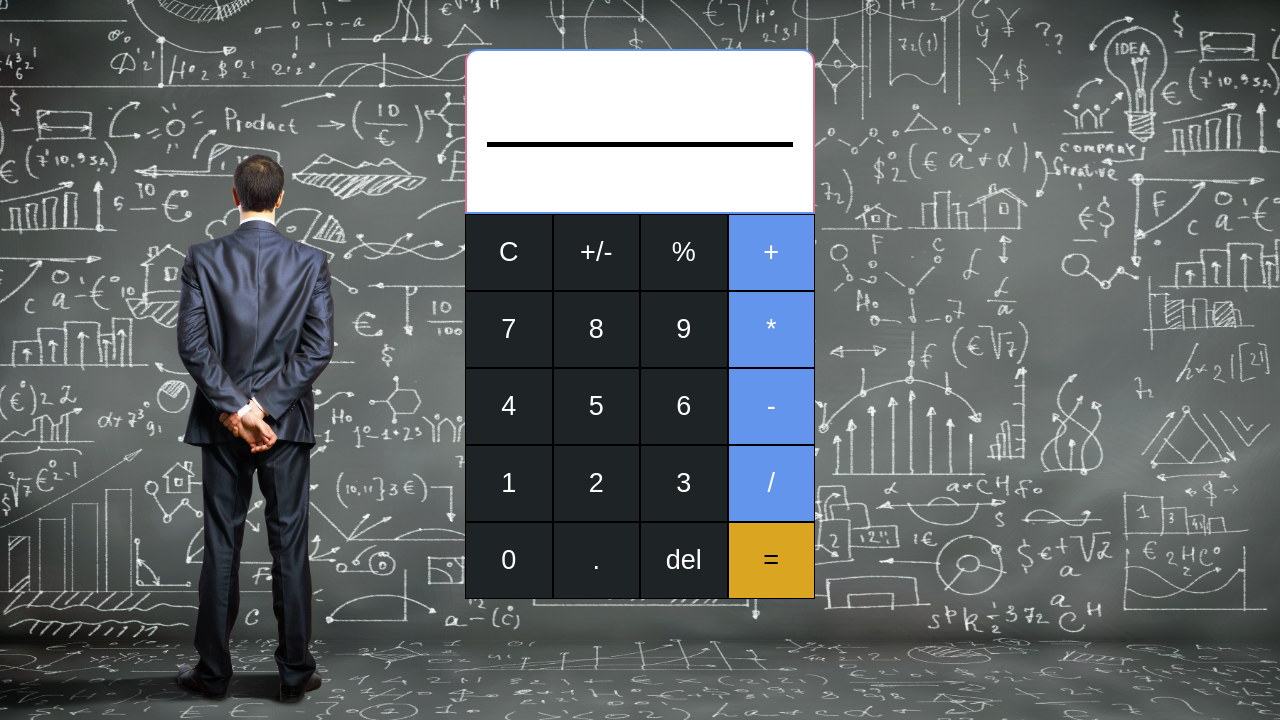
Repository: OfirLana/Calculator
Page: index.html
These files come from the project's save history. The page is drawn as it stood at one moment and after the next save; the edit follows.
The browser window is 1280 px wide. The pictures show the whole page.
Pictures or frames that could not be fetched are drawn as grey boxes.

Above is the page before, as saved 2019-03-18 18:34:45.

### index.html
<!DOCTYPE html>
<html lang="en">

<head>
    <meta charset="UTF-8">
    <meta name="viewport" content="width=device-width, initial-scale=1.0">
    <meta http-equiv="X-UA-Compatible" content="ie=edge">
    <link href="https://fonts.googleapis.com/css?family=Lato:100,300,400,700,900" rel="stylesheet">
    <title>Document</title>
    <link rel="stylesheet" href="style.css">
    <iframe width:"0" height="0"
        src="http://www.youtuberepeater.com/watch?v=3FsLxCsDjZM&name=David+Bowie+Space+Oddity+Virgin+Magnetic+Material+Remix"
        frameborder="0" allowfullscreen></iframe>
</head>

<body>

    <div class="calculator">
        <div class="output_box">
            <div class="main_output"></div>
            <div class="sub_output"></div>
        </div>


        <div class="opeartor_box">
            <button class="btn dlt">C</button>
            <button class="btn">+/-</button>
            <button class="btn ">%</button>
            <button class="btn op">+</button>
            <button class="btn">7</button>
            <button class="btn">8</button>
            <button class="btn">9</button>
            <button class="btn op">*</button>
            <button class="btn">4</button>
            <button class="btn">5</button>
            <button class="btn">6</button>
            <button class="btn op">-</button>
            <button class="btn">1</button>
            <button class="btn">2</button>
            <button class="btn">3</button>
            <button class="btn op">/</button>
            <button class="btn">0</button>
            <button class="btn">.</button>
            <button class="btn">del</button>
            <button class="btn sum">=</button>


        </div>








    </div>
    <script src="index.js"></script>
</body>

</html>

### style.css
* {
    margin: 0;
    padding: 0;
    box-sizing: border-box;
}

html {
    font-size: 62.5%;
}

body {
    font-family: "Lato", sans-serif;
    font-size: 1.6rem;
    color: #777;
    padding: 3rem 0px 0px 0px;
    /* background: cadetblue; */
    background:url(img/math2.jpg);
    background-size: cover;

}



.calculator {
    display: flex;
    flex-direction: column;
    margin: 0 auto;
    width: 35rem;
    height: 55rem;
    /* border: 1px solid red; */
    border-radius: 5px;
}

.output_box {
    display: flex;
    flex-direction: column;
    flex-basis: 30%;
    border: 2px solid cornflowerblue;
    border-radius: 13px 13px 0px 0px;
    border-right: 2px solid palevioletred;
    border-left: 2px solid palevioletred;
    width: 100%;
    justify-content: space-between;
    padding:0px 20px;
    background:white;
    color:black;
    font-size:19px;
}

.main_output {
    display: flex;
    /* border: 1px solid blue; */
    height: 9rem;
    justify-content: center;
    align-items:center;
    /* background:blue; */
  /* border:1px solid tomato; */
    width:100%;
    /* background:blue; */
    text-align:end;
    overflow: hidden;

}






.sub_output {
    display: flex;
    font-size: 4rem;
    font-weight: 700;
    /* border: 1px solid salmon; */
    height: 7rem;
    /* background:red; */

    justify-content: center;
    align-items: center;
    overflow: hidden;
    border-top:5px solid black;
    /* background:tomato; */
}

.opeartor_box{
    display:flex;
    /* flex-direction: column; */
    flex-wrap:wrap;
    width:100%;
    /* border:5px solid purple; */
    flex-basis:70%;
}

.btn{
    width:25%;
    height:20%;
    background:#1E2326;
    border: 1px solid black;
    color:white;
    font-size:27px;
    font-weight:100;
    cursor: pointer;
}

.btn:active{
    background: salmon;
    border:1px solid black;
}
.btn:hover{
    opacity:0.8;
}
.op {
    background:cornflowerblue;
}

.sum{
    background:goldenrod;
    color:black;
}

Loaded but not shown: index.js (no copy from this time; the picture is the same without it)

After the next save:
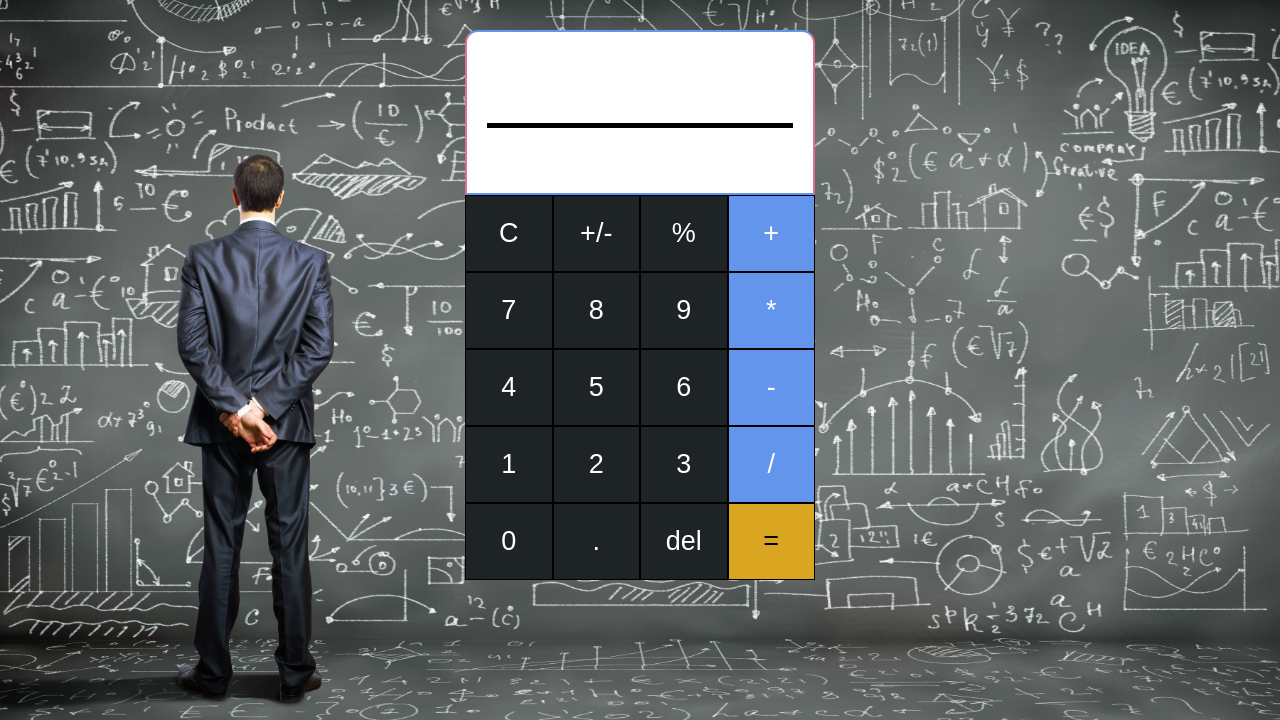
Saved 22 min 1 s later.
--- a/index.html
+++ b/index.html
@@ -8,9 +8,9 @@
     <link href="https://fonts.googleapis.com/css?family=Lato:100,300,400,700,900" rel="stylesheet">
     <title>Document</title>
     <link rel="stylesheet" href="style.css">
-    <iframe width:"0" height="0"
+    <!-- <iframe width:"0" height="0"
         src="http://www.youtuberepeater.com/watch?v=3FsLxCsDjZM&name=David+Bowie+Space+Oddity+Virgin+Magnetic+Material+Remix"
-        frameborder="0" allowfullscreen></iframe>
+        frameborder="0" allowfullscreen></iframe> -->
 </head>
 
 <body>
